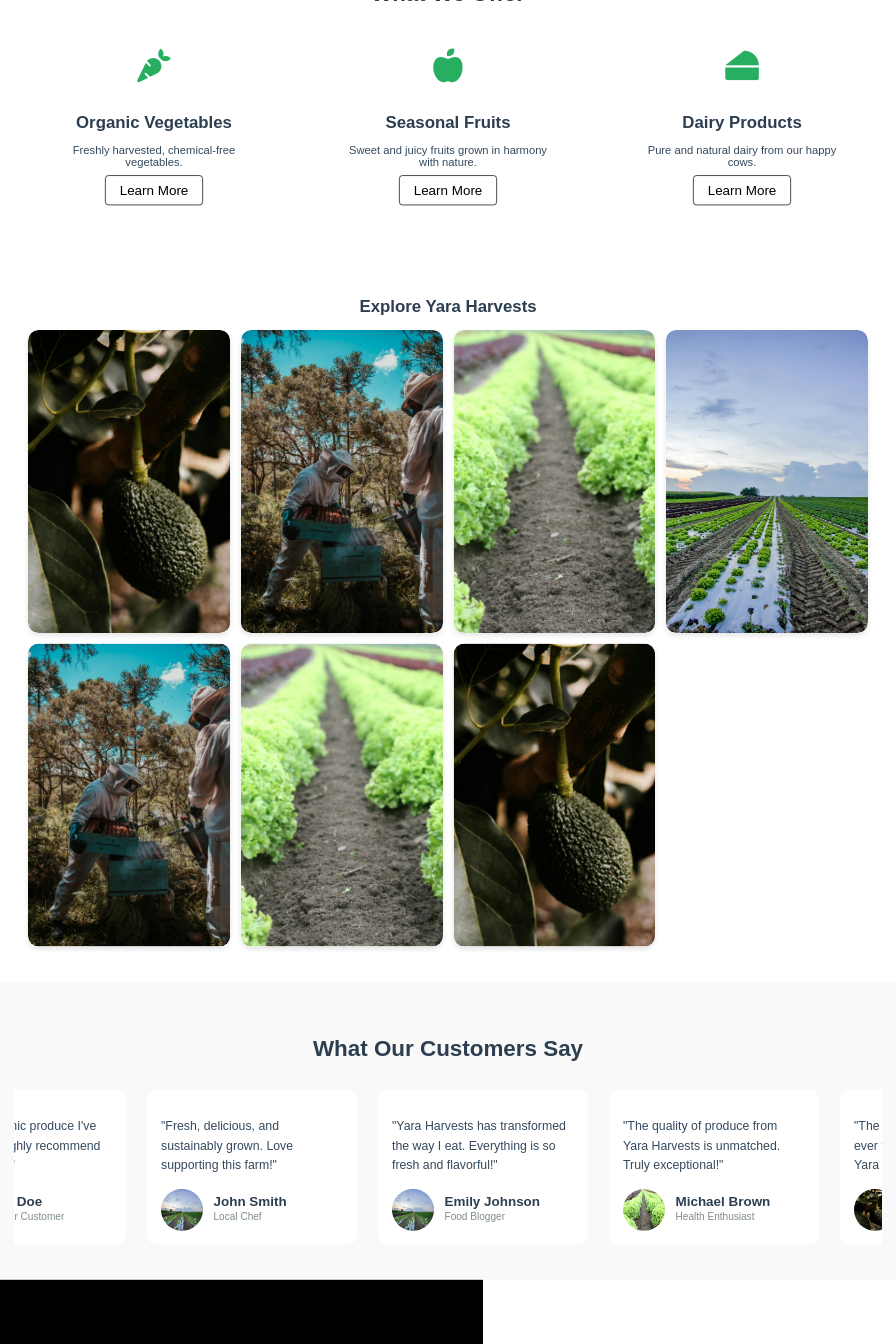
Repository: Kanyi-Manyara/yara-farm
Page: index.html
These files come from the project's save history. The page is drawn as it stood at one moment and after the next save; the edit follows.
The browser window is 1280 px wide. The pictures show the part of the page from y = 1026 to 2946 px (the page is 3682 px tall before and 3678 px after), at 70% of full size.
Pictures or frames that could not be fetched are drawn as grey boxes.

Above is the page before, as saved 2025-02-22 13:57:08.
Console error: TypeError: Cannot read properties of null (reading 'addEventListener')

After the next save:
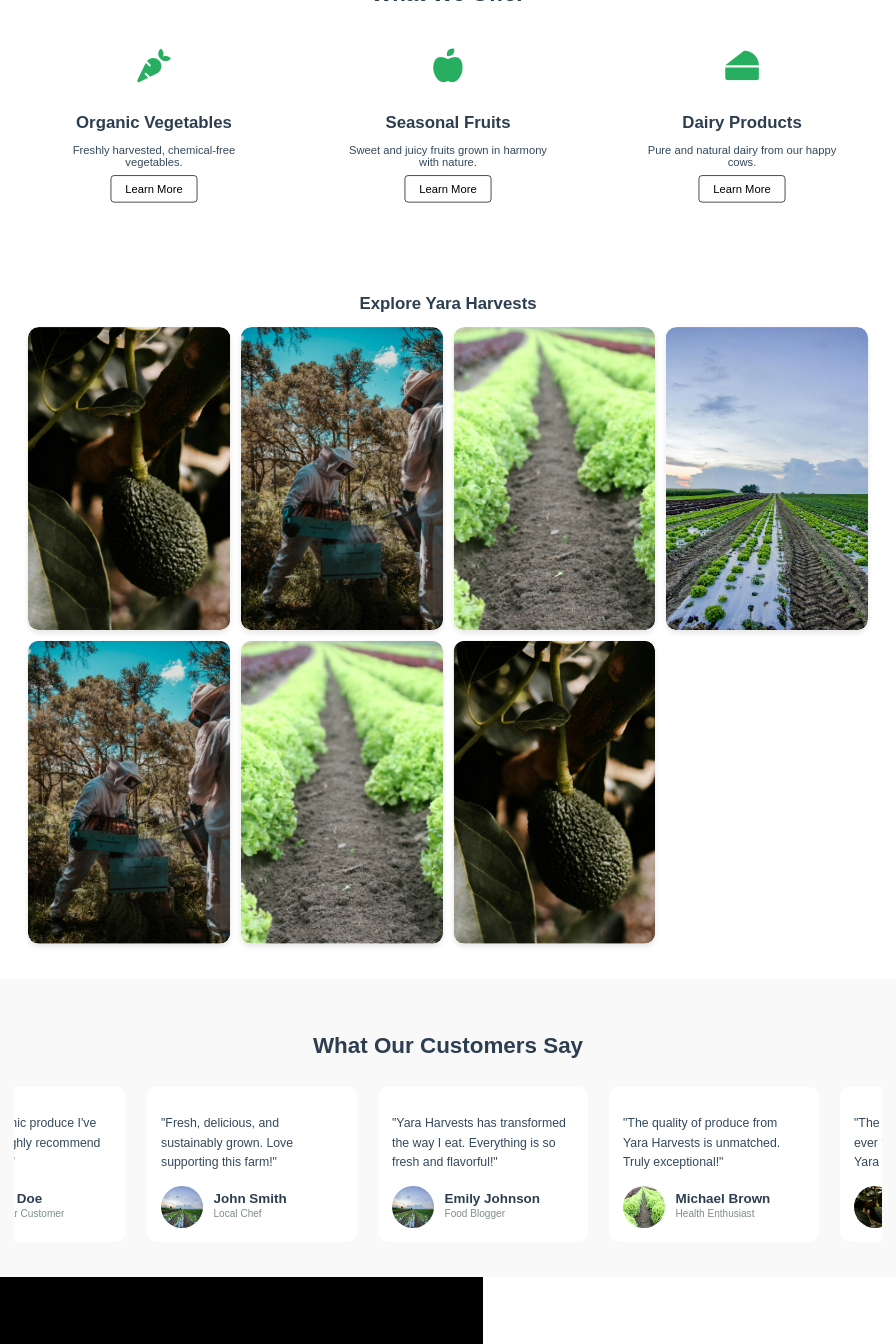
Saved 63 s later.
--- a/style.css
+++ b/style.css
@@ -229,7 +229,7 @@ body {
     text-decoration: none;
     border: 1px solid black; /* White outline for button */
     border-radius: 5px;
-    font-size: 1.2rem;
+    font-size: 1.0rem;
     transition: background 0.3s ease, color 0.3s ease;
   }
 
